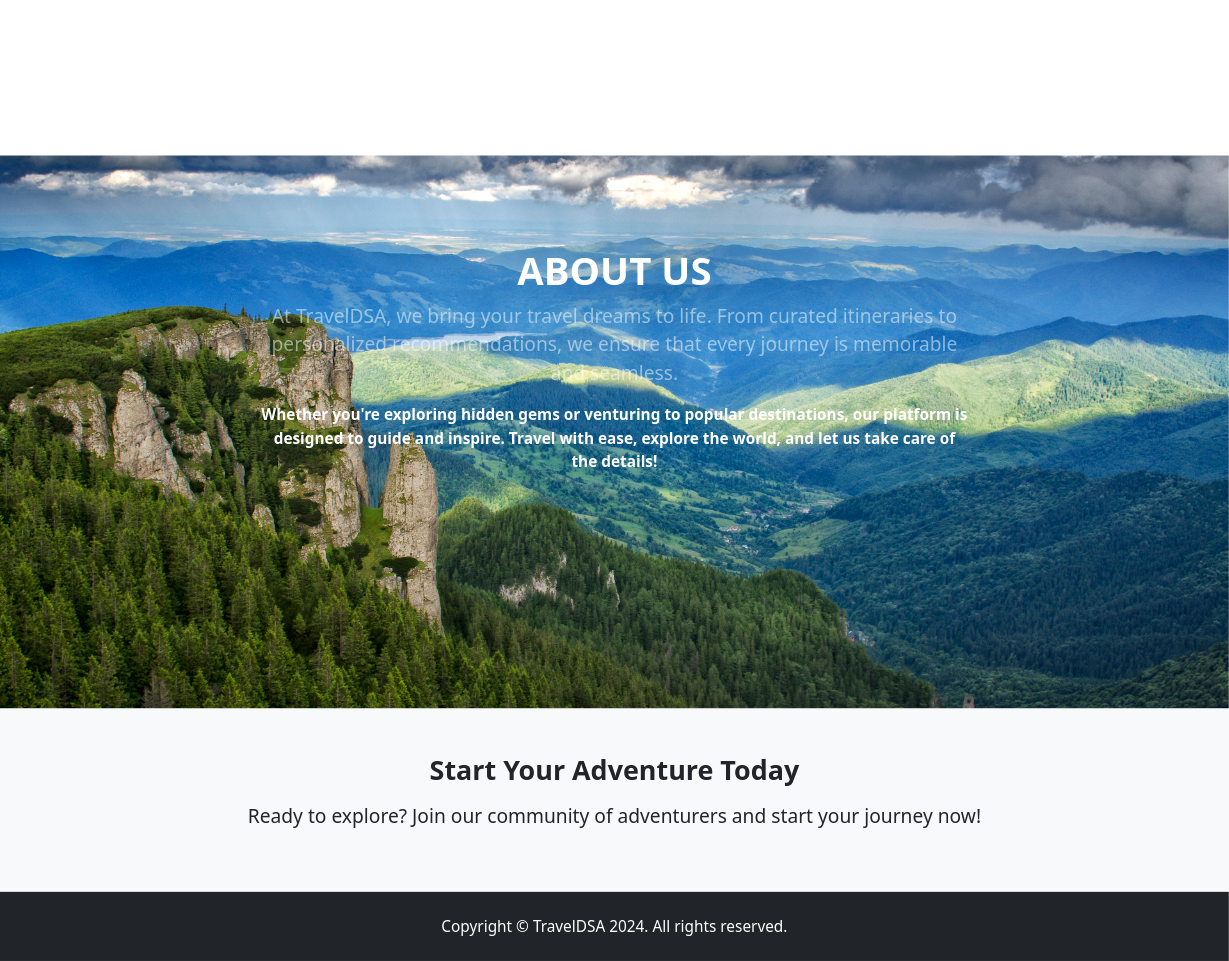
Repository: bettowww/TravelDSA
Page: /home
These files come from the project's save history. The page is drawn as it stood at one moment and after the next save; the edit follows.
The browser window is 1280 px wide. The pictures show the whole page, at 96% of full size.
The project was rebuilt for these pictures with package versions that can differ from the ones it lists, and the page was loaded fresh each time. The framework's server and built-in components were replaced by stand-ins that run in the browser. Also part of the build but not shown: next.config.mjs.

Above is the page before, as saved 2024-12-10 13:56:13.

### app/home/page.jsx
"use client";

// import React, { useState } from "react";
// import { useRouter } from "next/navigation";

import "../../styles/home.css"; // Importă stilurile CSS
import "bootstrap/dist/css/bootstrap.min.css"; // Import Bootstrap CSS

const HomePage = () => {
  // const router = useRouter(); // Pentru navigare

  return (
    <div>
      {/* Header Section */}
      <header>
        <div className="text-center my-5">

          <h1 className="text-white fs-3 fw-bolder">Welcome to TravelDSA</h1>
          <p className="text-white-50 mb-0">
            Your trusted travel companion for exploring the world.
          </p>
        </div>
      </header>

      {/* About Us Section */}
      <section
        className="py-5 about-us-section"
        style={{
          backgroundImage: `url("/pictures/homepage.jpg")`,
          backgroundSize: "cover",
          backgroundPosition: "center",
          backgroundRepeat: "no-repeat",
          color: "#fff",
          padding: "80px 20px", // Increase padding for larger content area
          minHeight: "80vh", // Ensure the section spans at least the full height of the viewport
        }}
      >
        <div className="container my-5">
          <div className="row justify-content-center">
            <div className="col-lg-8 text-center">
              <h2 className="text-white display-6 fw-bold text-uppercase">About Us</h2>
              <p className="text-white-50 lead">
                At TravelDSA, we bring your travel dreams to life. From curated
                itineraries to personalized recommendations, we ensure that
                every journey is memorable and seamless.
              </p>
              <p className="fw-bold">
                Whether you're exploring hidden gems or venturing to popular
                destinations, our platform is designed to guide and inspire.
                Travel with ease, explore the world, and let us take care of the
                details!
              </p>
            </div>
          </div>
        </div>
      </section>


      {/* Call to Action Section */}
      <section className="py-5 bg-light">
        <div className="container text-center">
          <h3 className="fw-bold mb-3">Start Your Adventure Today</h3>
          <p className="lead">
            Ready to explore? Join our community of adventurers and start your
            journey now!
          </p>
        </div>
      </section>

      {/* Footer */}
      <footer className="py-4 bg-dark">
        <div className="container">
          <p className="m-0 text-center text-white">
            Copyright &copy; TravelDSA 2024. All rights reserved.
          </p>
        </div>
      </footer>
    </div>
  );
};

export default HomePage;

Loaded but not shown: styles/home.css (library)

After the next save:
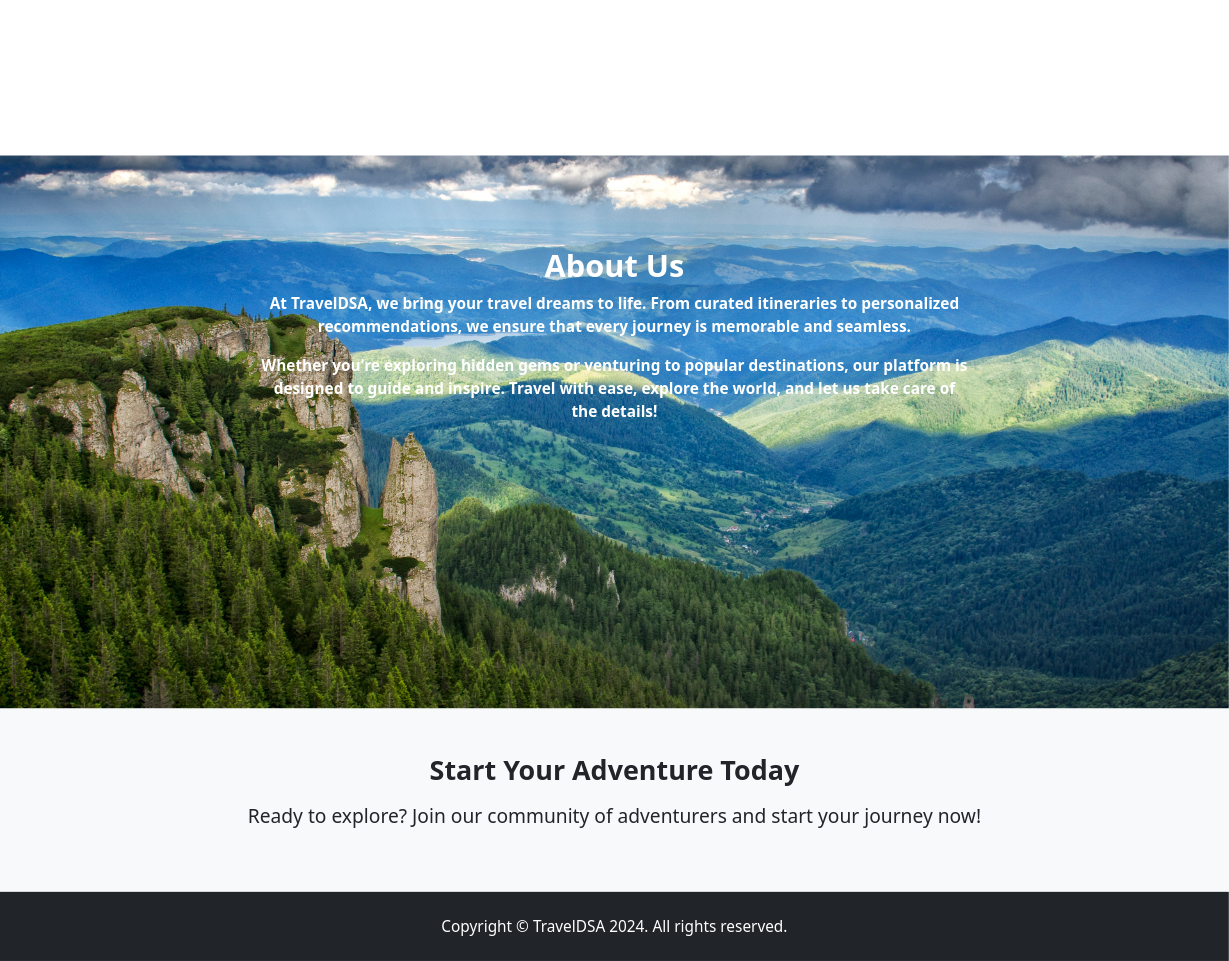
Saved 9 s later.
--- a/app/home/page.jsx
+++ b/app/home/page.jsx
@@ -38,8 +38,8 @@ const HomePage = () => {
         <div className="container my-5">
           <div className="row justify-content-center">
             <div className="col-lg-8 text-center">
-              <h2 className="text-white display-6 fw-bold text-uppercase">About Us</h2>
-              <p className="text-white-50 lead">
+              <h2 className="fw-bold">About Us</h2>
+              <p className="fw-bold">
                 At TravelDSA, we bring your travel dreams to life. From curated
                 itineraries to personalized recommendations, we ensure that
                 every journey is memorable and seamless.
